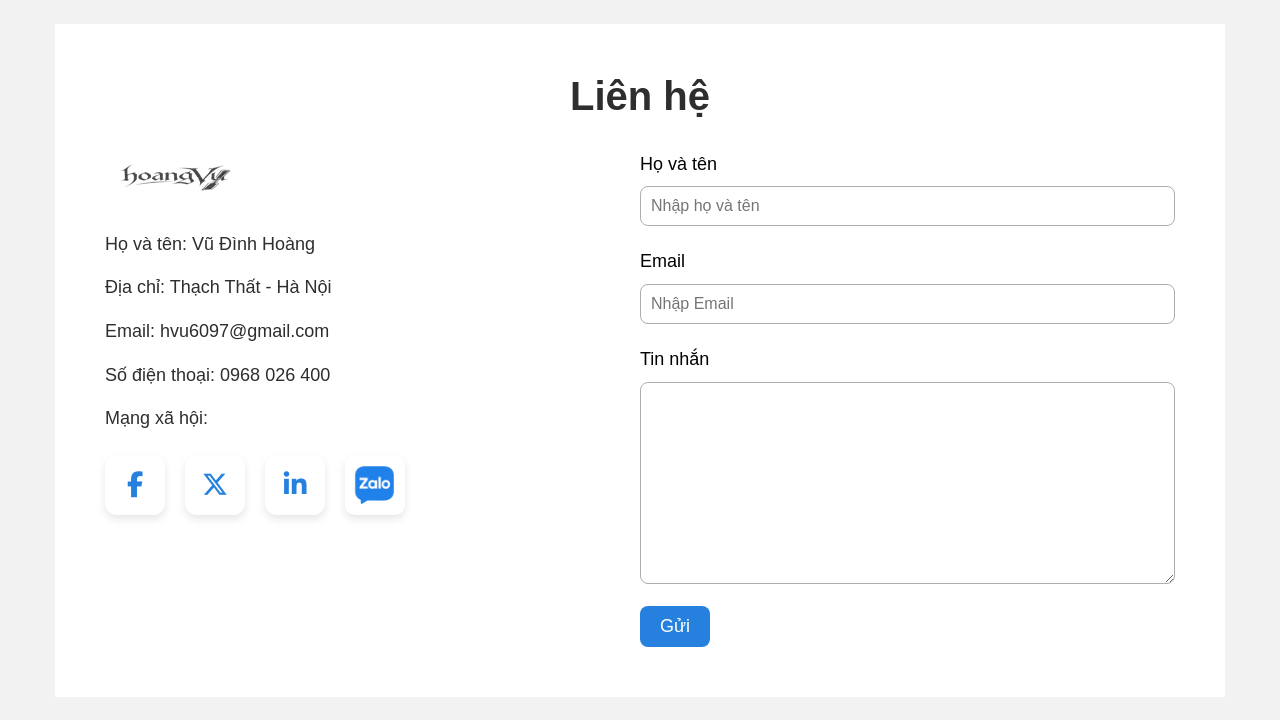
Repository: hoang28092000/portfolio
Page: pages/contact.html
The author's editor kept a copy of each file at every save. The page is drawn from the files as they stood at one save, then again after a run of saves.
The browser window is 1280 px wide. The pictures show the whole page.

Above is the page before, as saved 2025-04-12 00:52:36.

### pages/contact.html
<!DOCTYPE html>
<html lang="en">
  <head>
    <meta charset="UTF-8" />
    <meta name="viewport" content="width=device-width, initial-scale=1.0" />
    <link
      rel="stylesheet"
      href="https://cdnjs.cloudflare.com/ajax/libs/font-awesome/6.7.2/css/all.min.css"
      integrity="sha512-Evv84Mr4kqVGRNSgIGL/F/aIDqQb7xQ2vcrdIwxfjThSH8CSR7PBEakCr51Ck+w+/U6swU2Im1vVX0SVk9ABhg=="
      crossorigin="anonymous"
      referrerpolicy="no-referrer"
    />
    <link rel="stylesheet" href="../css/pages.css" />
    <link rel="stylesheet" href="../css/responsive-pages.css" />
    <title>Liên hệ</title>
  </head>
  <body>
    <main id="main-contact">
      <div class="container">
       <div class="contact">
        <h2 class="title-heading title-contact">Liên hệ</h2>
        <div class="content-contact">
          <div class="contact-left">
            <div class="logo-contact">
              <img
                src="../asset/image/hoangVu_logo.png"
                alt="logo"
                class="img-logo-contact"
              />
            </div>
            <div class="info-contact">
              <p class="txt-contact">Họ và tên: Vũ Đình Hoàng</p>
              <p class="txt-contact">Địa chỉ: Thạch Thất - Hà Nội</p>
              <p class="txt-contact">Email: hvu6097@gmail.com</p>
              <p class="txt-contact">Số điện thoại: 0968 026 400</p>
            </div>
            <p class="txt-contact">Mạng xã hội:</p>
            <div class="social-contact">
              <a
                href="https://www.facebook.com/profile.php?id=100008725181742"
                target="_blank"
                ><i class="fa-brands fa-facebook-f icon-contact"></i
              ></a>
              <a href="https://x.com/kinsman2809" target="_blank"
                ><i class="fa-brands fa-x-twitter icon-contact"></i
              ></a>
              <a
                href="https://www.linkedin.com/in/ho%C3%A0ng-v%C5%A9-0b4891179/"
                target="_blank"
                ><i class="fa-brands fa-linkedin-in icon-contact"></i
              ></a>
              <a href="">
                <img src="../asset/image/icon-zalo.png" alt="zalo" class="img-social">
              </a>
            </div>
          </div>
          <div class="contact-right">
            <form action="" class="form-contact">
              <div class="input-contact">
                <label for="name" class="label-contact">Họ và tên</label>
                <input type="text" id="name" placeholder="Nhập họ và tên" class="input-field" required />
              </div>
              <div class="input-contact">
                <label for="email" class="label-contact">Email</label>
                <input type="email" id="email" placeholder="Nhập Email" class="input-field" required />
              </div>
              <div class="input-contact">
                <label for="message" class="label-contact">Tin nhắn</label>
                <textarea
                  name="message"
                  id="message"
                  cols="30"
                  rows="10"
                  class="input-field"
                  required
                ></textarea>
              </div>
              <button type="submit" class="btn-submit">Gửi</button>
            </form>
          </div>
        </div>
       </div>
      </div>
    </main>
  </body>
</html>

### css/pages.css
* {
  padding: 0;
  margin: 0;
  box-sizing: border-box;
}
html {
  font-family: Poppins, sans-serif;
  font-size: 62.5%;
}

.container {
  width: 1170px;
  max-width: calc(100% - 48px);
  margin: 0 auto;
}

/* main */

#about,
#skills {
  background-color: #f2f2f2;
}
.top-content-about {
  padding: 60px 0;
  display: flex;
  justify-content: space-between;
  align-items: center;
}
.about-left {
  width: 40%;
}
.img-about {
  width: 100%;
  border: 6px solid #7a7575;
  border-radius: 50%;
}
.about-right {
  max-width: 702px;
  height: 362px;
  margin-left: 120px;
  padding-right: 60px;
}
.title-heading {
  font-size: 6rem;
  color: #2e2e2e;
  font-weight: 700;
  margin-bottom: 30px;
}
.about-right .desc-about {
  font-size: 1.6rem;
  color: #6b6565;
  font-weight: 500;
  line-height: 1.76;
  margin-top: 20px;
  text-align: justify;
}
.content-main {
  display: grid;
  grid-template-columns: 1fr 1fr;
  gap: 80px;
  padding-top: 70px;
}
.paragraph {
  margin-bottom: 20px;
}
.heading-main {
  font-size: 2rem;
  color: #2e2e2e;
  margin-bottom: 10px;
  line-height: 1.66;
}
.desc-content-main {
  font-size: 1.6rem;
  color: #2e2e2e;
  font-weight: 300;
  line-height: 1.76;
  text-align: justify;
}
.list-img-about {
  display: flex;
  justify-content: center;
  align-items: center;
  margin-top: 30px;
  gap: 20px;
  padding-bottom: 30px;
}
.list-img-about img {
  width: 200px;
  height: 200px;
  border-radius: 10px;
  border: 1px solid #2e2e2e;
  transition: all 0.3s ease-in-out;
}
.list-img-about img:hover {
  transform: scale(1.1);
  border: 2px solid #fff;
}

/* skills */
.title-skills {
  padding-top: 60px;
  text-align: center;
}
#skills ul {
    padding-left: 18px;
}

.my-project{
    margin-top: 70px;
}
.list-project{
    display: grid;
    grid-template-columns: repeat(auto-fit, minmax(300px, 1fr));
    gap: 30px;
    margin-top: 60px;
}
.list-project a{
    text-decoration: none;
    color: #2e2e2e;
}
.card-project{
    position: relative;
    background-color: #fff;
    border-radius: 10px;
    box-shadow: 0 4px 8px rgba(0, 0, 0, 0.1);
    overflow: hidden;
    transition: all 0.3s ease-in-out;
    cursor: pointer;
}
.card-project:hover{
    transform: scale(1.05);
    box-shadow: 0 8px 16px rgba(0, 0, 0, 0.2);
}
.card-project::after {
    display: flex;
    justify-content: center;
    align-items: center;
    font-weight: 600;
    color: #fff;
    content: 'Xem Thêm Demo';
    font-size: 3rem;
    position: absolute;
    top: 0; left: 0;
    width: 100%; height: 100%;
    background: #16161633; /* màu đen mờ */
    opacity: 0;
    transition: opacity 0.3s ease;
    pointer-events: none; /* để không cản trở click hay hover */
    z-index: 1;
  }
  .card-project:hover::after {
    opacity: 1;
  }

.card-project img{
    width: 100%;
    height: 200px;
    object-fit: cover;
}

.info-card{
    padding: 30px 20px 20px;
    text-align: center;

}
.heading-card{
    font-size: 2rem;
    color: #2e2e2e;
    margin-bottom: 10px;
}
.desc-card{
    font-size: 1.6rem;
    color: #2e2e2e;
    font-weight: 300;
    line-height: 1.76;
}
.desc-card span {
    font-weight: bold;
}

#main-contact{
    padding: 60px 0;
    background-color: #f2f2f2;
}
#main-contact .title-contact{
    font-size: 4rem;
    text-align: center;
    margin-bottom: 30px;
}

/* contact */
#main-contact{
    display: flex;
    justify-content: center;
    align-items: center;
    width: 100%;
    height: 100vh;
    overflow: hidden;
}
.contact{
    background-color: #fff;
    padding: 50px;
}
.contact .content-contact{
    display: flex;
    justify-content: space-between;
}

.contact-left {
    width: 50%;
}
.logo-contact{
    display: flex;
    align-items: center;
    margin-bottom: 20px;
}
.img-logo-contact{
    width: 140px;
    height: 60px;
    padding: 10px;

}

.img-social{
    width: 60px;
    height: 60px;
    border-radius: 10px;
    box-shadow: 0 4px 8px rgba(0, 0, 0, 0.1);

}
.social-contact{
    display: flex;
    align-items: center;
    height: 60px;
    gap: 20px;
    margin-top: 20px;
}
.social-contact a{
    width: 60px;
    height: 60px;
    display: block;
    text-decoration: none;
    color: #2e2e2e;
}
.contact-right {
    width: 50%;
}
.icon-contact{
    width: 60px;
    height: 60px;
    display: flex;
    justify-content: center;
    align-items: center;
    font-size: 2.6rem;
    box-shadow: 0 4px 8px rgba(0, 0, 0, 0.1);
    border-radius: 12px;
    color: #2680de;
}

.txt-contact{
    font-size: 1.8rem;
    color: #2e2e2e;
    margin-bottom: 12px;
    line-height: 1.76;
}
.input-contact{
    margin-bottom: 20px;
}

.label-contact{
    display: block;
    font-size: 1.8rem;
    color: #000000;
    line-height: 1.76;
    font-weight: 500;
    margin-bottom: 6px;
}
.input-contact input{
    width: 100%;
    padding: 10px;
    border-radius: 8px;
    border: 1px solid #afacac;
    font-size: 1.6rem;
    color: #2e2e2e;
    outline: none;
}
.input-contact textarea{
    width: 100%;
    padding: 10px;
    border-radius: 8px;
    border: 1px solid #afacac;
    font-size: 1.6rem;
    color: #2e2e2e;
    outline: none;
}

.btn-submit{
    background-color: #2680de;
    color: #fff;
    padding: 10px 20px;
    border-radius: 8px;
    border: none;
    font-size: 1.8rem;
    cursor: pointer;
    transition: all 0.3s ease-in-out;
}
.btn-submit:hover{
    background-color: #1a5bb8;
}

### css/responsive-pages.css
/* bout-me */
@media (min-width: 1024.02px) and (max-width: 1169.98px) {
  .top-content-about {
    display: flex;
    flex-direction: column;
    align-items: center;
    padding-bottom: 40px;
  }
  .list-img-about {
    display: flex;
    flex-wrap: wrap;
    justify-content: center;
    align-items: start;
    gap: 30px;
  }
  .list-img-about img {
    max-width: 200px;
    display: block;
    border: 1px solid #2e2e2e;
  }
  .about-left {
    width: 60%;
    margin-bottom: 30px;
  }
  .about-right {
    width: 100%;
    margin-left: 0;
    padding-right: 0;
  }
  .title-heading {
    font-size: 6rem;
    text-align: center;
    margin-bottom: 16px;
  }
  .about-right .desc-about {
    font-size: 1.8rem;
    margin-bottom: 20px;
  }
}
@media (max-width: 1024px) {
  .list-img-about {
    display: grid;
    grid-template-columns: 1fr 1fr 1fr;
    gap: 20px;
    flex-wrap: wrap;
    padding-bottom: 30px;
    align-items: start;
  }
  .about-left {
    width: 40%;
  }
  .about-right {
    width: 60%;
  }
  .img-about {
    width: 100%;
    height: auto;
    border-radius: 50%;
    border: 1px solid #2e2e2e;
  }
  .list-img-about img {
    display: block;
    width: 100%;
    height: auto;
    border: 1px solid #2e2e2e;
  }
}
@media (min-width: 768px) and (max-width: 1023.98px) {
  .about-right {
    width: 60%;
    height: auto;
  }
}
@media (max-width: 768px) {
  .top-content-about {
    display: flex;
    flex-direction: column;
    align-items: center;
    padding-bottom: 40px;
  }
  .about-left {
    margin-bottom: 30px;
  }
  .paragraph {
    text-align: justify;
  }
  .about-right {
    width: 100%;
    margin-left: 0;
    padding-right: 0;
  }
  .title-heading {
    font-size: 5rem;
    text-align: center;
    margin-bottom: 16px;
  }
  .about-right .desc-about {
    font-size: 1.6rem;
    margin-bottom: 20px;
    text-align: justify;
  }

  .list-img-about {
    display: grid;
    grid-template-columns: 1fr 1fr;
  }
  .list-img-about img {
    width: 100%;
    height: auto;
    border: 1px solid #2e2e2e;
  }
}
@media (max-width: 480px) {
  .top-content-about {
    display: flex;
    flex-direction: column;
    align-items: center;
    padding-bottom: 40px;
  }
  .about-left {
    width: 60%;
    margin-bottom: 30px;
  }
  .list-img-about {
    display: grid;
    grid-template-columns: 1fr 1fr;
    gap: 10px;
    padding-bottom: 0;
  }
  .about-right {
    width: 100%;
    margin-left: 0;
    padding-right: 0;
  }
  .title-heading {
    font-size: 4rem;
    text-align: center;
    margin-bottom: 16px;
  }
  .about-right .desc-about {
    font-size: 1.6rem;
    margin-bottom: 20px;
  }
  .content-main {
    grid-template-columns: 1fr;
  }
  .paragraph {
    margin-bottom: 14px;
  }
  .paragraph .heading-main {
    font-size: 1.8rem;
    margin-bottom: 10px;
  }
  .list-img-about img {
    width: 100%;
    height: auto;
    border: 1px solid #2e2e2e;
  }
}

After the next 2 saves:
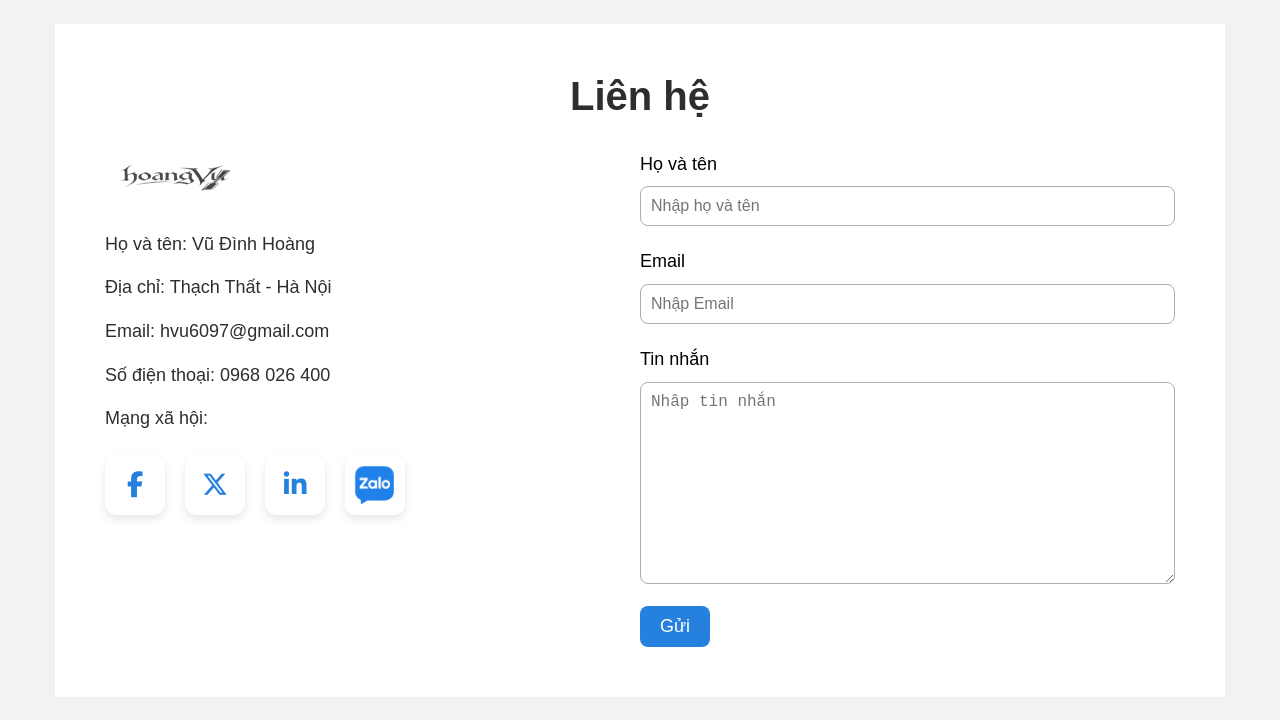
The 2 saves are shown as one change because they came seconds apart.
The last was saved 33 s later.
--- a/pages/contact.html
+++ b/pages/contact.html
@@ -68,7 +68,7 @@
                 <label for="message" class="label-contact">Tin nhắn</label>
                 <textarea
                   name="message"
-                  id="message"
+                  id="message" placeholder="Nhâp tin nhắn"
                   cols="30"
                   rows="10"
                   class="input-field"
